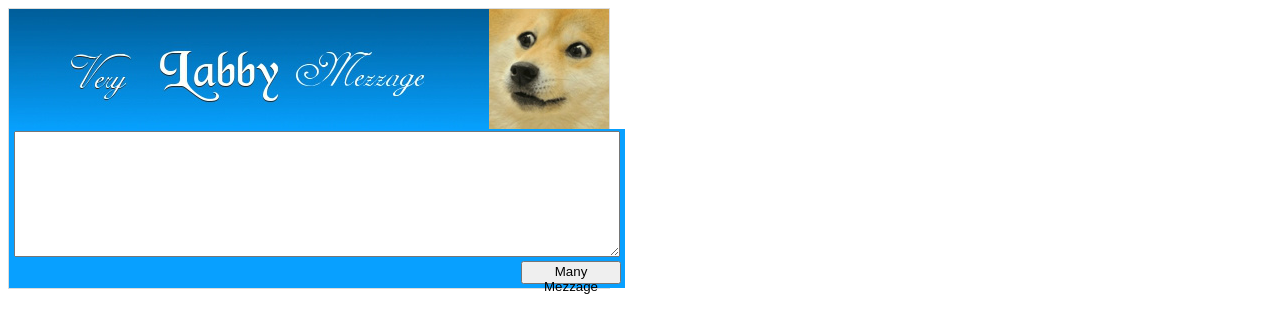
Repository: cg222im/1dv403-laborationer
Page: 2-labbymezzage/index.html
The author's editor kept a record of every edit. The page is drawn from the files as they stood at one moment, then again after the next edit.
The browser window is 1280 px wide. The pictures show the whole page.

Above is the page before.
Console error: TypeError: this.updateNumberofMessages is not a function

### 2-labbymezzage/index.html
<!DOCTYPE html>
<html lang="sv">
<head>
	<meta charset="UTF-8" />
 	<title>1DV403 l02 - Labby Mezzage</title>
 	<link rel = "stylesheet" type = "text/css" href = "style.css" />
</head>

<body>
    <div id="main">
        <div id="logo">

        </div>
    </div>

    <script type="text/javascript" src="message.js"></script>
	<script type="text/javascript" src="messageboard.js"></script>

</body>
</html>

### 2-labbymezzage/style.css
#main
{
    width: 600px;
    padding: 1px;
    height: auto;
    background-color: #DCDCDC;
}

#logo
{
    display: block;
    width: 600px;
    height: 120px;
    background-image: url("img/logo.jpg");
    background-repeat: no-repeat;
    margin-left: auto;
    margin-right: auto;

}

.messageBoard
{
    margin-left: auto;
    margin-right: auto;
    padding-left: 5px;
    padding-right: 11px;
    padding-bottom: 27px;
    width: 600px;
    height: auto;
    background-color: #08a0ff;
}

.messageContainer
{
    padding-top: 2px;
    padding-left: 5px;
}

.numberOfMessages
{
    float: right;
    padding-top: 20px;
    font-weight:bold;
}

.textAreaInput
{
    width: 600px;
    height: 120px;
    overflow: auto;
}

.messageButton
{
    float: right;
    margin-right: -7px;
    width: 100px;
    height: 23px;
}

.timeStamp
{
    font-size: 12px;
    font-weight: bold;
}

.message
{
    background-color: green;
    border-style: dashed;
    border-width: 2px;
    border-color: blue;
    margin-top: 5px;
}

.close
{
    width: 16px;
    height: 16px;
    float: right;
    position: relative;
    top: -17px;
    right: 1px;
    background-image: url();
    background-repeat: no-repeat;
}

.dateAlert
{

}

### 2-labbymezzage/message.js

function Message(message, date)
{
    this.getText = function(){
        return message;
    };

    this.setText = function(_text){
        message = _text;
    };

    this.getDate = function(){
        return date;
    };

    this.setDate = function(_date){
        date = _date;
    };
}

Message.prototype.toString = function(){
    return this.getText() +" ("+this.getDate()+")";
};

Message.prototype.getHTMLText = function(){
    return this.GetText().replace(/[\n\r]/g, "<br />");
};

Message.prototype.getDateText = function (){
    return this.getDate().toLocaleTimeString();
};

### 2-labbymezzage/messageboard.js
function MessageBoard(boardId) //kan slänga in boardId för flera brädor
{
    // Skapar array för meddelanden
    var messages = [];

    this.getMessages = function()
    {
        return messages;
    };

    this.addMessage = function(message)
    {
        messages.push(message);
    };

    this.removeMessage = function (messageId)
    {
        messages.splice(messageId, 1);
    };


    var main = document.getElementById("main");

    // Laddar MessageBoard
    this.renderMessageBoard(main, boardId);

    // Laddar antal meddelanden
    this.updateNumberofMessages();

    // Laddar meddelanden
    this.renderMessages();
}

MessageBoard.prototype.renderMessageBoard = function(main, _boardId)
{
    var that = this;

    // Skapar meddelandetavla
    var boardNode = document.createElement("div");
    boardNode.id = _boardId;
    boardNode.className = "messageBoard";

    // Skapar behållare för meddelanden
    var messageContainerNode = document.createElement("div");
    messageContainerNode.className="messageContainer";

    // Skapar element som räknar antal meddelanden
    var numberOfMessages = document.createElement("div");
    numberOfMessages.className = "numberOfMessages";

    // Skapar plats för input
    var textArea = document.createElement("textArea");
    textArea.className = "textAreaInput";
    textArea.keypress = function(e)
    {
        that.textAreaEventHandler();
        return false;
    };

    // Skapar knapp för att sända meddelande
    var submitButton = document.createElement("button");
    submitButton.className = "messageButton";
    submitButton.innerHTML = "Many Mezzage";
    submitButton.onclick = function(e)
    {
        that.submitButtonOnClick(textArea);
        return false;
    };

    // Lägger till noder till DOMen
    main.appendChild(boardNode);
    boardNode.appendChild(messageContainerNode);
    boardNode.appendChild(numberOfMessages);
    boardNode.appendChild(textArea);
    boardNode.appendChild(submitButton);
};

// Funktionalitet för knappen  ----- kommer inte åt Message() ??
MessageBoard.prototype.submitButtonOnClick = function(textArea)
{
    // Hämtar texten för meddelandet
    var text = textArea.value;

    // Felhantering, om något är skrivet
    if (text.length > 0)
    {
        // Skapa ett nytt meddelande --- Varför vill den inte?   <------------
        var newMessage = new Message(text, new Date());

        // Lägger till meddelande till array
        this.addMessage(newMessage);

        // Laddar det nya meddelandet
        this.renderMessage(this.getMessages().length-1);

        // Uppdaterar antal meddelanden
        this.updateNumberOfMessages();
    }
    textArea.value = "";
};

// Funktionalitet för knappen - Enter key
MessageBoard.prototype.textAreaEventHandler = function(e)
{
    if(!e) e = window.event;
    if (e.keyCode == 13)
    {
        MessageBoard.submitButtonOnClick();
    }
};

// Funktionalitet för att skriva ut meddelande
MessageBoard.prototype.renderMessage = function(messageId)
{
    var that = this;

    // Skapar nod för meddelande
    var newMessageNode = document.createElement("div");
    newMessageNode.className = "message";
    console.log("skapar nod för meddelande");

    // Skapar sträng för innehåll och lägg till innehåll till sidan
    var htmlString =    "<div>" + this.getMessages()[messageId].getHTMLText() + "</div>" +
                        "<div class=\"timeStamp\">" + this.getMessages()[messageId].getTimeStamp() + "</div>";
    newMessageNode.innerHTML = htmlString;
    console.log("skapar sträng för innehål");

    // Skapar element för stängning av meddelande
    var closeNode = document.createElement("div");
    closeNode.className = "close";
        console.log("blesk1");

    // Skapar element för att visa datum och tid
    var dateAlertNode = document.createElement("div");
    dateAlertNode.className = "dateAlert";

    // Lägger till elementen till meddelandet
    newMessageNode.appendChild(closeNode);
    newMessageNode.appendChild(dateAlertNode);

    // Skapar onclick event
    closeNode.onclick = function(){that.removeMessage(messageId)};
    dateAlertNode.onclick = function(){that.showDateTimeAlert(messageId)};

    // Lägger till det nya meddelandet till en behållare
    var messageElements = document.getElementsByClassName("messageContainer");
    for (var elementId = 0; elementId < messageElements.length; elementId++)
    {
        messageElements[elementId].appendChild(newMessageNode);
    }
};

// Funktionalitet för att rensa och skriva ut meddelanden
MessageBoard.prototype.renderMEssages = function()
{
    document.getElementsByClassName("messageContainer").innerHTML = "";
    for (var i = 0; i < this.getMessages().length; i++)
    {
        this.renderMessage(i);
    }
};

// Funktionalitet för att uppdatera antal meddelanden
MessageBoard.prototype.updateNumberOfMessages = function()
{
    var elements = document.getElementsByClassName("numberOfMessages");
    var numberString = "How many wow: " + this.getMessages().length;
    for (var i = 0; i < elements.length; i++)
    {
        elements[i].innerHTML = numberString;
    }
};

// Funktionalitet för att skrika ut när ett meddelande skrivits
MessageBoard.prototype.showDateTimeAlert = function(messageId)
{
    var that = this;
    var alertMessage = "When wow: " + that.getMessages()[messageId].getFormatedDateTime();
    alert(alertMessage);
};

// Funktionalitet för att radera meddelanden
MessageBoard.prototype.removeMessage = function(messageId)
{
    var that = this;
    if (window.confirm("Remove wow?"))
    {
        that.removeMessage(messageId);
        this.renderMessages();
        this.updateNumberOfMessages();
    }
};

window.onload = function()
{
    new MessageBoard("board1");
    new MessageBoard("board2");
};

After the next edit:
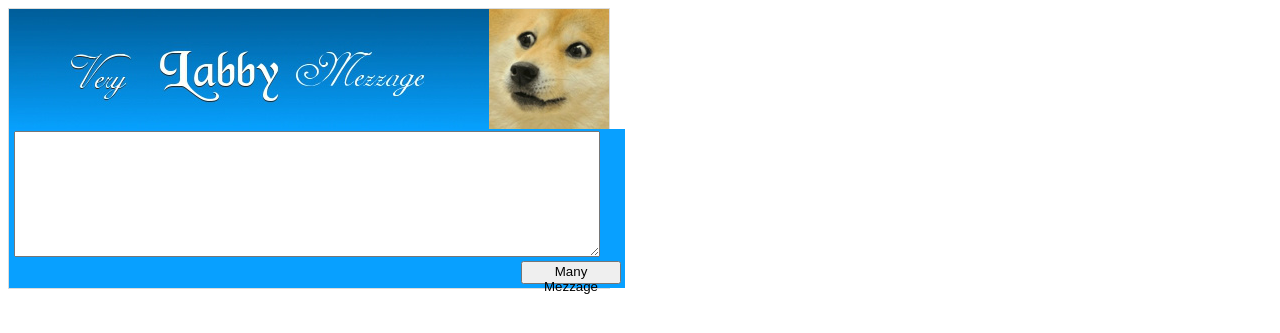
The edit:
--- a/2-labbymezzage/style.css
+++ b/2-labbymezzage/style.css
@@ -45,7 +45,7 @@
 
 .textAreaInput
 {
-    width: 600px;
+    width: 580px;
     height: 120px;
     overflow: auto;
 }
